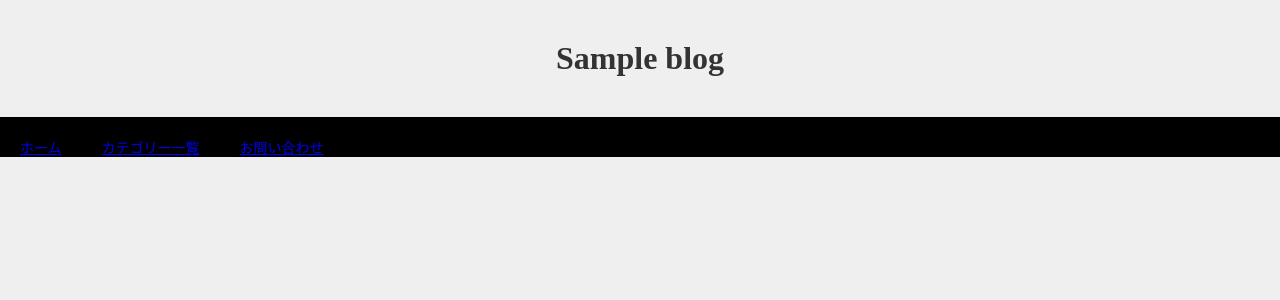
Repository: rin-cloud/homework
Page: html/sample blog/index.html
The author's editor kept a record of every edit. The page is drawn from the files as they stood at one moment, then again after the next edit.
The browser window is 1280 px wide. The pictures show the whole page.

Above is the page before.

### html/sample blog/index.html
<!doctype html>
<html>
    <head>
      <meta charset="utf-8">
      <title>Sample blog</title>
      <link rel="stylesheet" href="style.css">
    </head>
    <body>
      <header>
          <div class="container">
            <div class="header-title-area">
              <h1 class="logo">Sample blog</h1>
            </div>
          </div>
              <ul class="header-navigation">
              <li><a href="#">ホーム</a></li>
              <li><a href="#">カテゴリー一覧</a></li>
              <li><a href="#">お問い合わせ</a></li>
              </ul>
      </header>
    </body>
</html>

### html/sample blog/style.css
body {
  background-color: #efefef;
  font-size: 14px;
  color: #333;
  margin: 0;
}
header {
  margin-top: 20px;
}

.container {
  width: 920px;
  margin: 0 auto 40px auto;
}

.header-title-area {
  margin-top: 40px;
  margin-bottom: 30px;
}

.logo {
  font-size: 32px;
  text-align: center;
}
.header-navigation {
    width: 100%;
    background-color: black;
    padding: 20px 0;
    color: white;
}
.header-navigation li {
    float: left;
    padding: 0 20px;
    text-align: center;
    list-style-type: none;
}

After the next edit:
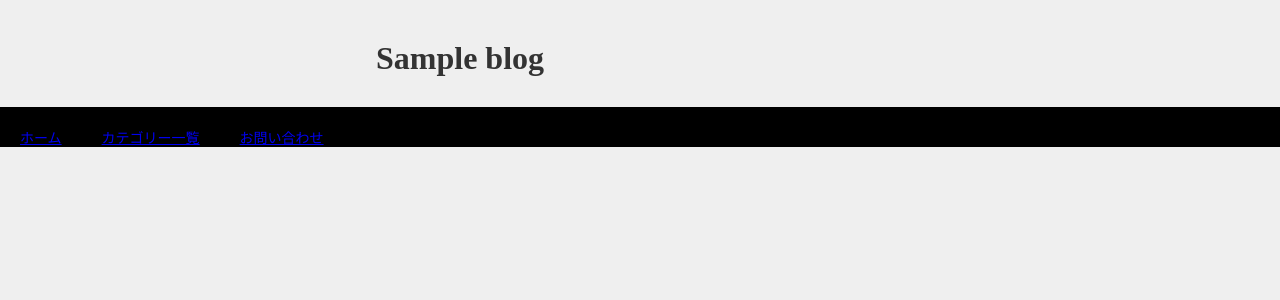
The edit:
--- a/html/sample blog/style.css
+++ b/html/sample blog/style.css
@@ -10,7 +10,6 @@
 
 .container {
   width: 920px;
-  margin: 0 auto 40px auto;
 }
 
 .header-title-area {
